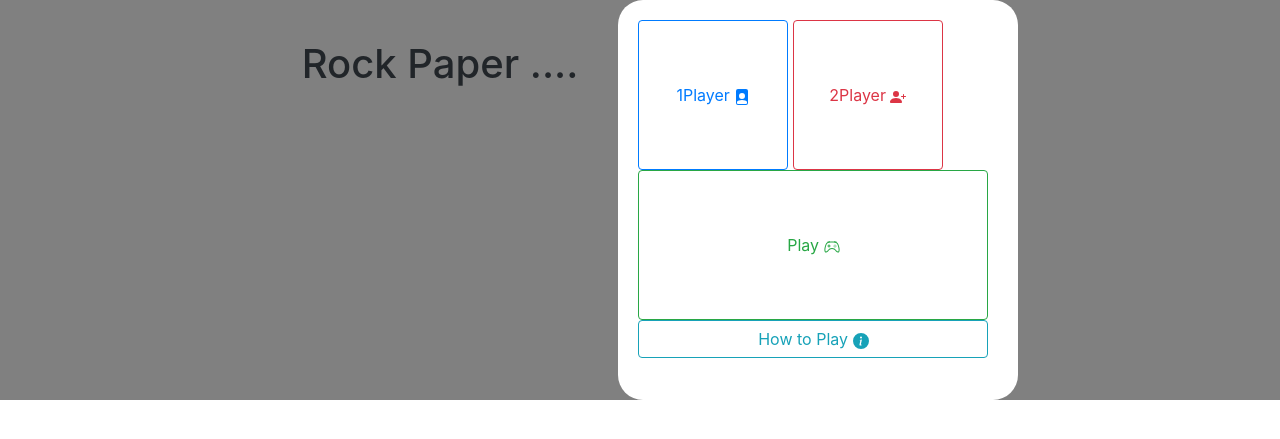
Repository: hossamsulleman1/Colllege-rock-paper-game
Page: index.html
An editor plug-in stored every save of this project. The page is shown before and after a run of saves, followed by the edit.
The browser window is 1280 px wide. The pictures show the whole page.

Above is the page before, as saved 2020-09-15 10:50:27.
Console error: SyntaxError: Unexpected token '<'

### index.html
<!DOCTYPE html>
<html lang="en">
<head>
    <script src="index.js"></script>
    <link rel="stylesheet" href="index.css">

    <meta charset="UTF-8">
    <meta name="viewport" content="width=device-width, initial-scale=1.0">
    <title>Rock Paper...</title>
</head>
<body>
   <div class="wall">
      <h1 style="padding: 40px; text-align: center;">Rock Paper .... </h1>
    <div class="mainCard">
<button style="height: 150px; width: 150px; padding: 20px;" class="btn btn-outline-primary">
    1Player
    <svg width="1em" height="1em" viewBox="0 0 16 16" class="bi bi-file-person-fill" fill="currentColor" xmlns="http://www.w3.org/2000/svg">
        <path fill-rule="evenodd" d="M12 0H4a2 2 0 0 0-2 2v12a2 2 0 0 0 2 2h8a2 2 0 0 0 2-2V2a2 2 0 0 0-2-2zm-1 7a3 3 0 1 1-6 0 3 3 0 0 1 6 0zm-3 4c2.623 0 4.146.826 5 1.755V14a1 1 0 0 1-1 1H4a1 1 0 0 1-1-1v-1.245C3.854 11.825 5.377 11 8 11z"/>
      </svg>
</button>
<button style="height: 150px; width: 150px; padding: 20px;"class="btn btn-outline-danger">
    2Player
    <svg width="1em" height="1em" viewBox="0 0 16 16" class="bi bi-person-plus-fill" fill="currentColor" xmlns="http://www.w3.org/2000/svg">
        <path fill-rule="evenodd" d="M1 14s-1 0-1-1 1-4 6-4 6 3 6 4-1 1-1 1H1zm5-6a3 3 0 1 0 0-6 3 3 0 0 0 0 6zm7.5-3a.5.5 0 0 1 .5.5V7h1.5a.5.5 0 0 1 0 1H14v1.5a.5.5 0 0 1-1 0V8h-1.5a.5.5 0 0 1 0-1H13V5.5a.5.5 0 0 1 .5-.5z"/>
      </svg>
</button>
<br>
<button style="width: 350px; height: 150px;" class="btn btn-outline-success" onclick="goToGame()">
    Play
    <svg width="1em" height="1em" viewBox="0 0 16 16" class="bi bi-controller" fill="currentColor" xmlns="http://www.w3.org/2000/svg">
        <path fill-rule="evenodd" d="M11.119 2.693c.904.19 1.75.495 2.235.98.407.408.779 1.05 1.094 1.772.32.733.599 1.591.805 2.466.206.875.34 1.78.364 2.606.024.815-.059 1.602-.328 2.21a1.42 1.42 0 0 1-1.445.83c-.636-.067-1.115-.394-1.513-.773a11.307 11.307 0 0 1-.739-.809c-.126-.147-.25-.291-.368-.422-.728-.804-1.597-1.527-3.224-1.527-1.627 0-2.496.723-3.224 1.527-.119.131-.242.275-.368.422-.243.283-.494.576-.739.81-.398.378-.877.705-1.513.772a1.42 1.42 0 0 1-1.445-.83c-.27-.608-.352-1.395-.329-2.21.024-.826.16-1.73.365-2.606.206-.875.486-1.733.805-2.466.315-.722.687-1.364 1.094-1.772.486-.485 1.331-.79 2.235-.98.932-.196 2.03-.292 3.119-.292 1.089 0 2.187.096 3.119.292zm-6.032.979c-.877.185-1.469.443-1.733.708-.276.276-.587.783-.885 1.465a13.748 13.748 0 0 0-.748 2.295 12.351 12.351 0 0 0-.339 2.406c-.022.755.062 1.368.243 1.776a.42.42 0 0 0 .426.24c.327-.034.61-.199.929-.502.212-.202.4-.423.615-.674.133-.156.276-.323.44-.505C4.861 9.97 5.978 9.026 8 9.026s3.139.943 3.965 1.855c.164.182.307.35.44.505.214.25.403.472.615.674.318.303.601.468.929.503a.42.42 0 0 0 .426-.241c.18-.408.265-1.02.243-1.776a12.354 12.354 0 0 0-.339-2.406 13.753 13.753 0 0 0-.748-2.295c-.298-.682-.61-1.19-.885-1.465-.264-.265-.856-.523-1.733-.708-.85-.179-1.877-.27-2.913-.27-1.036 0-2.063.091-2.913.27z"/>
        <path d="M11.5 6.026a.5.5 0 1 1-1 0 .5.5 0 0 1 1 0zm-1 1a.5.5 0 1 1-1 0 .5.5 0 0 1 1 0zm2 0a.5.5 0 1 1-1 0 .5.5 0 0 1 1 0zm-1 1a.5.5 0 1 1-1 0 .5.5 0 0 1 1 0zm-7-2.5h1v3h-1v-3z"/>
        <path d="M3.5 6.526h3v1h-3v-1zM3.051 3.26a.5.5 0 0 1 .354-.613l1.932-.518a.5.5 0 0 1 .258.966l-1.932.518a.5.5 0 0 1-.612-.354zm9.976 0a.5.5 0 0 0-.353-.613l-1.932-.518a.5.5 0 1 0-.259.966l1.932.518a.5.5 0 0 0 .612-.354z"/>
      </svg>
</button>
<br>
<button style="width: 350px;" class="btn btn-outline-info" onclick="howToPlay()">
    How to Play
    <svg width="1em" height="1em" viewBox="0 0 16 16" class="bi bi-info-circle-fill" fill="currentColor" xmlns="http://www.w3.org/2000/svg">
        <path fill-rule="evenodd" d="M8 16A8 8 0 1 0 8 0a8 8 0 0 0 0 16zm.93-9.412l-2.29.287-.082.38.45.083c.294.07.352.176.288.469l-.738 3.468c-.194.897.105 1.319.808 1.319.545 0 1.178-.252 1.465-.598l.088-.416c-.2.176-.492.246-.686.246-.275 0-.375-.193-.304-.533L8.93 6.588zM8 5.5a1 1 0 1 0 0-2 1 1 0 0 0 0 2z"/>
      </svg>
</button>
<br>


</div>

   </div>


<!-- scripts -->
<!-- CSS only -->
<link rel="stylesheet" href="https://stackpath.bootstrapcdn.com/bootstrap/4.5.2/css/bootstrap.min.css" integrity="sha384-JcKb8q3iqJ61gNV9KGb8thSsNjpSL0n8PARn9HuZOnIxN0hoP+VmmDGMN5t9UJ0Z" crossorigin="anonymous">

<!-- JS, Popper.js, and jQuery -->
<script src="https://code.jquery.com/jquery-3.5.1.slim.min.js" integrity="sha384-DfXdz2htPH0lsSSs5nCTpuj/zy4C+OGpamoFVy38MVBnE+IbbVYUew+OrCXaRkfj" crossorigin="anonymous"></script>
<script src="https://cdn.jsdelivr.net/npm/popper.js@1.16.1/dist/umd/popper.min.js" integrity="sha384-9/reFTGAW83EW2RDu2S0VKaIzap3H66lZH81PoYlFhbGU+6BZp6G7niu735Sk7lN" crossorigin="anonymous"></script>
<script src="https://stackpath.bootstrapcdn.com/bootstrap/4.5.2/js/bootstrap.min.js" integrity="sha384-B4gt1jrGC7Jh4AgTPSdUtOBvfO8shuf57BaghqFfPlYxofvL8/KUEfYiJOMMV+rV" crossorigin="anonymous"></script>

</body>
</html>

### index.js
var randomNumber = null;
var P1Selection = null;
var P2Selection = null;
var compSelection = null;
var compSelectionSVG = null;
var outcome = null;

const Rock = 1;
const Paper = 2;
const Scissors = 3;

function randomNumberGen() {
   randomNumber = Math.ceil(Math.random() * 3);
compSelection = randomNumber;
console.log(compSelection + "comp Selection");
}

function howToPlay(){
 alert("click either rock paper or ... and confirm your selection once this is completed the second user will be able to place their selection then rumble!");
}


function compSelectionSvg() {
    if (compSelection = 1 ) {
        document.getElementById("mainCard").innerHTML =
        <div>
   <h1>Rocky Bot Chose</h1>
        <svg width="1em" height="1em" viewBox="0 0 16 16" class="bi bi-award-fill" fill="currentColor" xmlns="http://www.w3.org/2000/svg">
  <path d="M8 0l1.669.864 1.858.282.842 1.68 1.337 1.32L13.4 6l.306 1.854-1.337 1.32-.842 1.68-1.858.282L8 12l-1.669-.864-1.858-.282-.842-1.68-1.337-1.32L2.6 6l-.306-1.854 1.337-1.32.842-1.68L6.331.864 8 0z"/>
  <path d="M4 11.794V16l4-1 4 1v-4.206l-2.018.306L8 13.126 6.018 12.1 4 11.794z"/>
</svg>
        <p>you......</p>
        <h1 id="Win/Lose"></h1>
        </div>

        ;

    }
    if (compSelection = 2 ) {
        document.getElementById("mainCard").innerHTML =
        <div>
    <h1>Rocky Bot Chose</h1>
        <svg width="1em" height="1em" viewBox="0 0 16 16" class="bi bi-box-seam" fill="currentColor" xmlns="http://www.w3.org/2000/svg">
  <path fill-rule="evenodd" d="M8.186 1.113a.5.5 0 0 0-.372 0L1.846 3.5l2.404.961L10.404 2l-2.218-.887zm3.564 1.426L5.596 5 8 5.961 14.154 3.5l-2.404-.961zm3.25 1.7l-6.5 2.6v7.922l6.5-2.6V4.24zM7.5 14.762V6.838L1 4.239v7.923l6.5 2.6zM7.443.184a1.5 1.5 0 0 1 1.114 0l7.129 2.852A.5.5 0 0 1 16 3.5v8.662a1 1 0 0 1-.629.928l-7.185 2.874a.5.5 0 0 1-.372 0L.63 13.09a1 1 0 0 1-.63-.928V3.5a.5.5 0 0 1 .314-.464L7.443.184z"/>
</svg>

        <p>you......</p>
        <h1 id="Win/Lose"></h1>
        </div>

        ;

    }
    if (compSelection = 3 ) {
        document.getElementById("mainCard").innerHTML =
        <div>
        <h1>Rocky Bot Chose</h1>
        <svg width="1em" height="1em" viewBox="0 0 16 16" class="bi bi-scissors" fill="currentColor" xmlns="http://www.w3.org/2000/svg">
  <path fill-rule="evenodd" d="M3.5 3.5c-.614-.884-.074-1.962.858-2.5L8 7.226 11.642 1c.932.538 1.472 1.616.858 2.5L8.81 8.61l1.556 2.661a2.5 2.5 0 1 1-.794.637L8 9.73l-1.572 2.177a2.5 2.5 0 1 1-.794-.637L7.19 8.61 3.5 3.5zm2.5 10a1.5 1.5 0 1 1-3 0 1.5 1.5 0 0 1 3 0zm7 0a1.5 1.5 0 1 1-3 0 1.5 1.5 0 0 1 3 0z"/>
</svg>
        <p>you......</p>
        <h1 id="Win/Lose"></h1>
        </div>

        ;

    }
    Calculation()
document.getElementById("Win/Loss").innerText = outcome;

}

function itemHierarchy(){



}

function goToGame() {
    window.location.replace("game.html");
}


function RockP1() {
    P1Selection = Rock
    console.log(P1Selection)
}

function PaperP1(){
    P1Selection = Paper
    console.log(P1Selection)
}

function  ScissorsP1() {
    P1Selection = Scissors
    console.log(P1Selection)
}

function Calculation() {

}

### index.css
.mainCard {
    border-radius: 25px;
    background: white;
    padding: 20px;
    width: 400px;
    height: 400px;


}

.wall {
    background-color: grey;
    display: flex;
    justify-content: center;
    height: auto;
    width: auto;
}

After the next 2 saves:
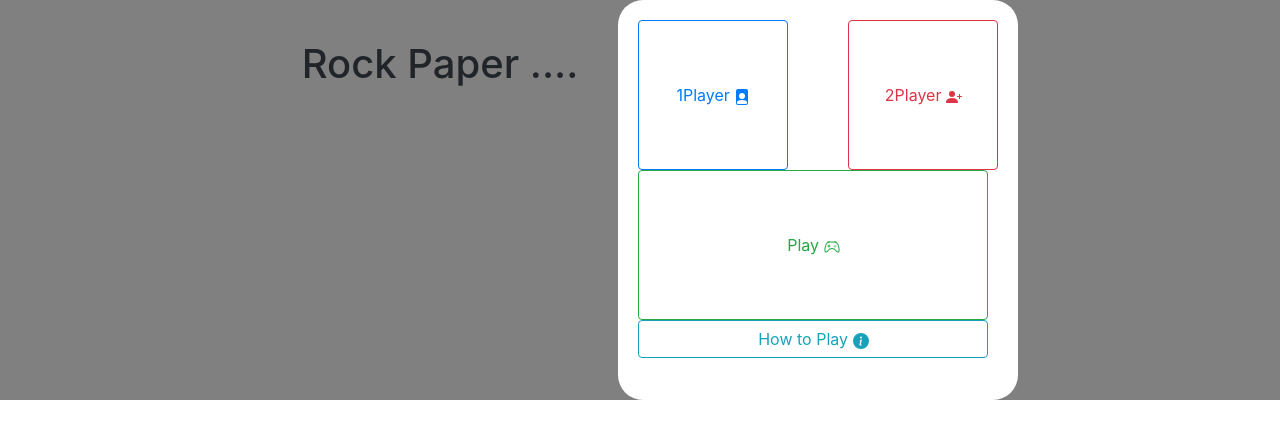
The 2 saves are shown as one change because they came seconds apart.
The last was saved 38 s later.
--- a/index.html
+++ b/index.html
@@ -18,7 +18,7 @@
         <path fill-rule="evenodd" d="M12 0H4a2 2 0 0 0-2 2v12a2 2 0 0 0 2 2h8a2 2 0 0 0 2-2V2a2 2 0 0 0-2-2zm-1 7a3 3 0 1 1-6 0 3 3 0 0 1 6 0zm-3 4c2.623 0 4.146.826 5 1.755V14a1 1 0 0 1-1 1H4a1 1 0 0 1-1-1v-1.245C3.854 11.825 5.377 11 8 11z"/>
       </svg>
 </button>
-<button style="height: 150px; width: 150px; padding: 20px;"class="btn btn-outline-danger">
+<button style="height: 150px; width: 150px; padding: 20px; float: right;"class="btn btn-outline-danger">
     2Player
     <svg width="1em" height="1em" viewBox="0 0 16 16" class="bi bi-person-plus-fill" fill="currentColor" xmlns="http://www.w3.org/2000/svg">
         <path fill-rule="evenodd" d="M1 14s-1 0-1-1 1-4 6-4 6 3 6 4-1 1-1 1H1zm5-6a3 3 0 1 0 0-6 3 3 0 0 0 0 6zm7.5-3a.5.5 0 0 1 .5.5V7h1.5a.5.5 0 0 1 0 1H14v1.5a.5.5 0 0 1-1 0V8h-1.5a.5.5 0 0 1 0-1H13V5.5a.5.5 0 0 1 .5-.5z"/>
